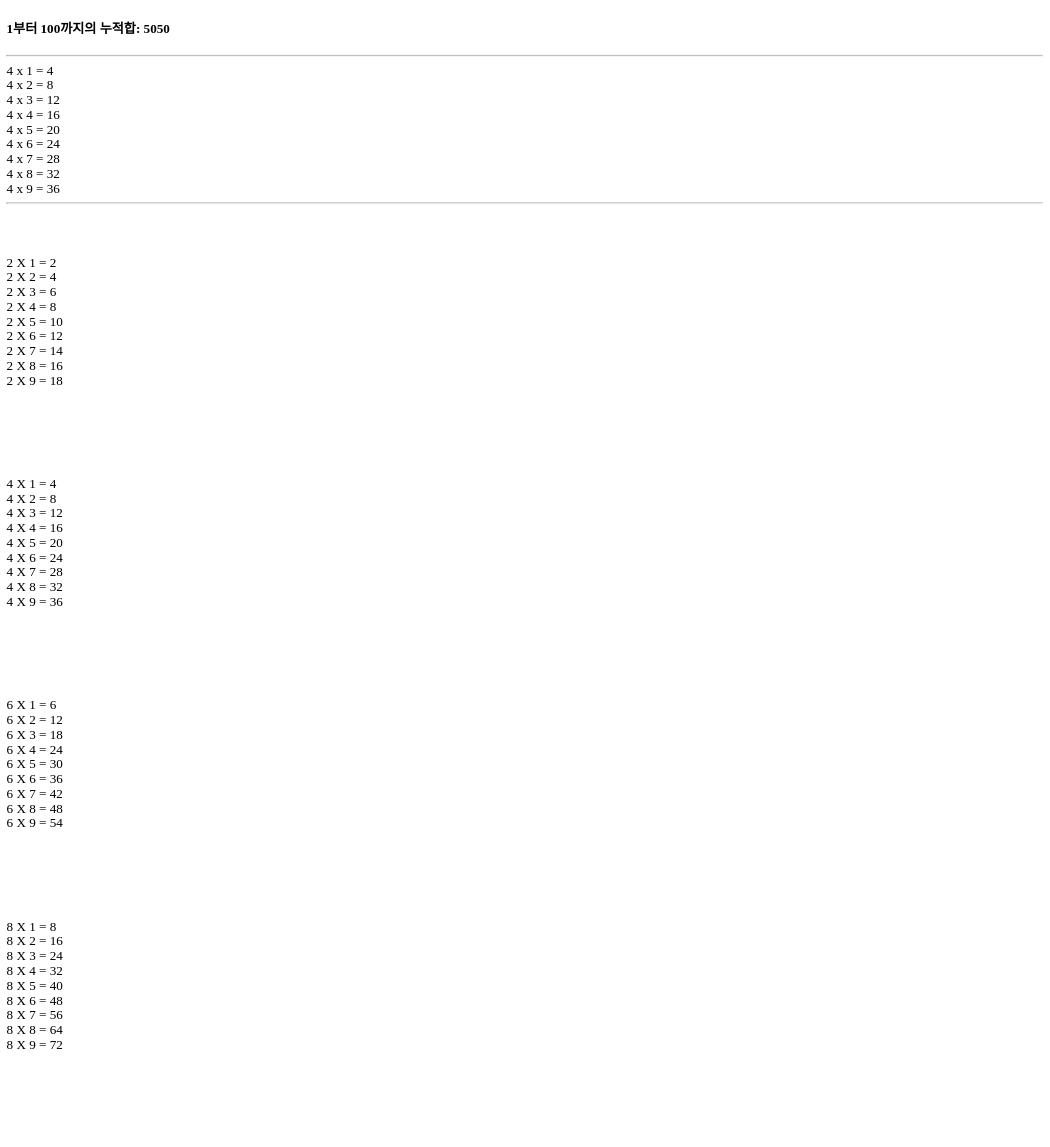
Repository: Baekdusan-baekho/jsp_practice
Page: http://localhost/JspBasic/JSTL/jstl_foreach.jsp
These files come from the project's save history. The page is drawn as it stood at one moment and after the next save; the edit follows.
The browser window is 1280 px wide. The pictures show the whole page, at 82% of full size.
The page is served by Tomcat 9.

Above is the page before, as saved 2023-09-12 05:58:17.

After the next save:
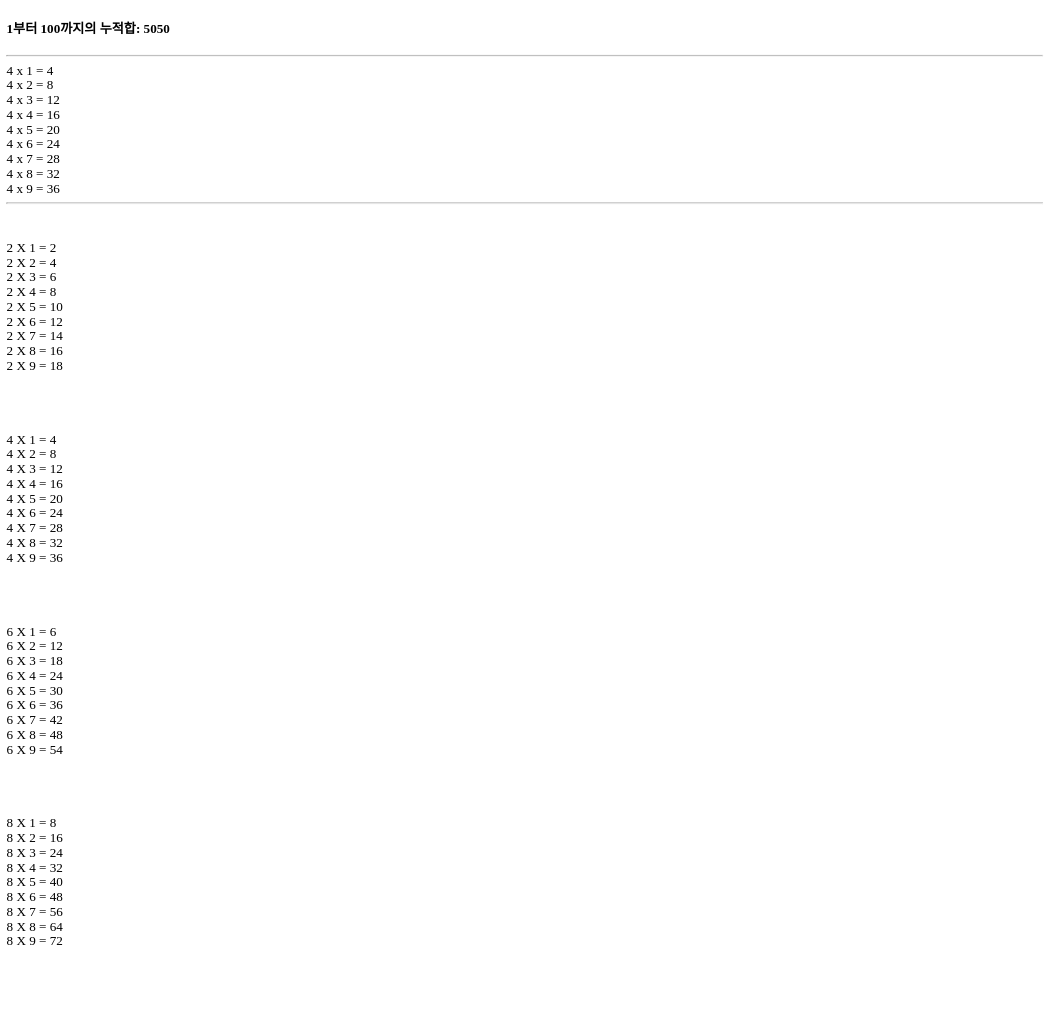
Saved 15 s later.
--- a/JspBasic/src/main/webapp/JSTL/jstl_foreach.jsp
+++ b/JspBasic/src/main/webapp/JSTL/jstl_foreach.jsp
@@ -58,7 +58,7 @@
 			</c:choose>
 
 
-		</c:forEach><br><br><br>
+		</c:forEach><br><br>
 
 
 	</c:forEach>
